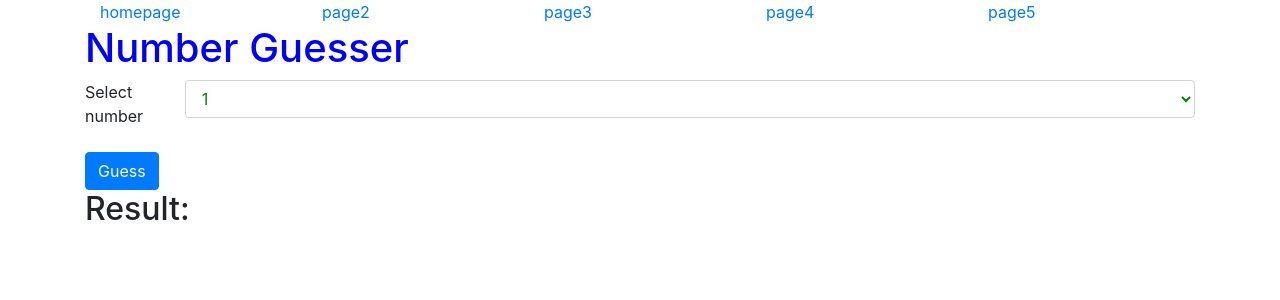
Repository: sanderdebr/cs50
Page: pset8/homepage/index.html
The author's editor kept a record of every edit. The page is drawn from the files as they stood at one moment, then again after the next edit.
The browser window is 1280 px wide. The pictures show the whole page.
After loading, the first visible `#button` was clicked once.

Above is the page before.
Console error: TypeError: UIctrl.showResult is not a function

After the next edit:
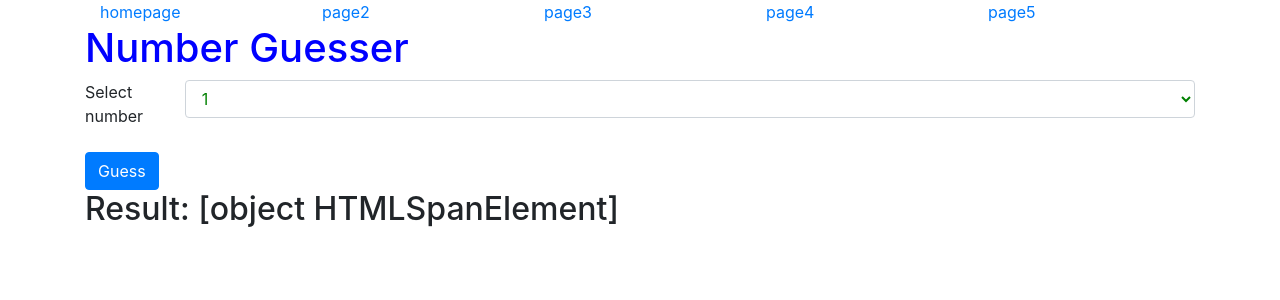
The error is gone.
The edit:
--- a/pset8/homepage/app.js
+++ b/pset8/homepage/app.js
@@ -46,6 +46,10 @@
             const selected = mySelect.value;
             return selected;
         },
+        showResult: function() {
+            const result = document.getElementById(DOMstrings.result);
+            result.innerText = result;
+        },
         createUI: function() {
             const selectBox = createSelectBox();
             const label = createLabel();
